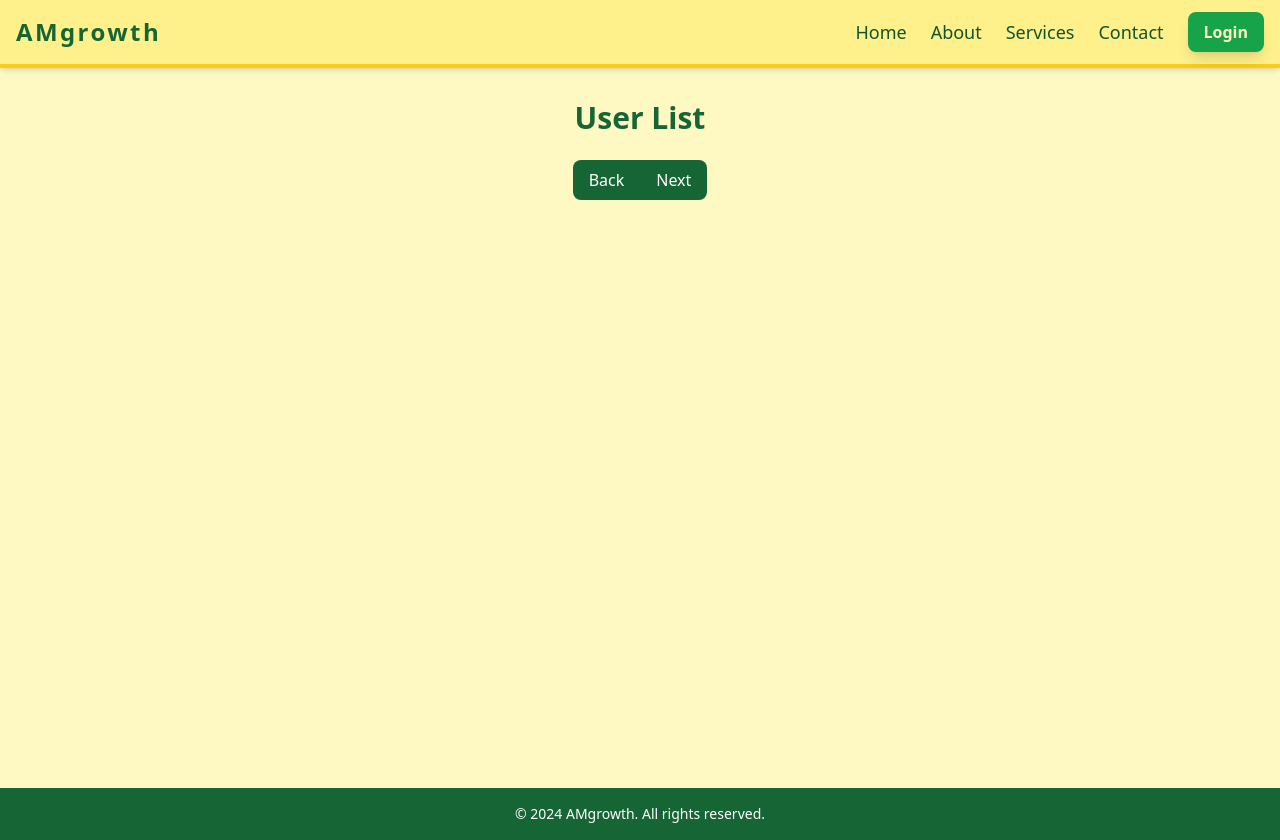
Repository: ArievfRahman-Dev/Mini-Project-II
Page: / (app in miniproject2/)
These files come from the project's save history. The page is drawn as it stood at one moment and after the next save; the edit follows.
The browser window is 1280 px wide. The pictures show the whole page.
The page's requests for data from a server got no answer. The project was rebuilt for these pictures with package versions that can differ from the ones it lists, and the page was loaded fresh each time. No one was signed in, and anything a server would have sent is missing. Also part of the build but not shown: miniproject2/vite.config.js, miniproject2/src/pages/DetailUser/index.jsx, miniproject2/src/pages/LoginPage/index.jsx, miniproject2/src/pages/RegisterPages/index.jsx, miniproject2/src/routes/ProtectedRoute.jsx.

Above is the page before, as saved 2024-12-16 23:12:08.

### miniproject2/index.html
<!DOCTYPE html>
<html lang="en">
  <head>
    <meta charset="UTF-8" />
    <link rel="icon" type="image/svg+xml" href="/vite.svg" />
    <meta name="viewport" content="width=device-width, initial-scale=1.0" />
    <title>Vite + React</title>
    <link
      href="https://fonts.googleapis.com/css2?family=Roboto:wght@400;500;700&display=swap"
      rel="stylesheet"
    />
    <link
      href="https://cdn.jsdelivr.net/npm/remixicon/fonts/remixicon.css"
      rel="stylesheet"
    />
  </head>
  <body>
    <div id="root"></div>
    <script type="module" src="/src/main.jsx"></script>
  </body>
</html>

### miniproject2/src/App.jsx
import { BrowserRouter, Routes, Route } from "react-router-dom";
import { HomePage } from "./pages/HomePage";
import { DetailUser } from "./pages/DetailUser";
import { LoginPage } from "./pages/LoginPage";
import { RegisterPage } from "./pages/RegisterPages";
import { ProtectedRoute } from "./routes/ProtectedRoute";

export const App = () => {
  return (
    <div>
      <BrowserRouter>
        <Routes>
          <Route path="/" element={<HomePage />} />
          <Route
            path="/detail/:id"
            element={
              <ProtectedRoute>
                <DetailUser />
              </ProtectedRoute>
            }
          />
          <Route path="/login" element={<LoginPage />} />
          <Route path="/regist" element={<RegisterPage />} />
        </Routes>
      </BrowserRouter>
    </div>
  );
};

### miniproject2/src/pages/HomePage/index.jsx
import { Navbar } from "../../components/Navbar";
import { Footer } from "../../components/Footer";
import { useState, useEffect } from "react";
import axios from "axios";
import { Link } from "react-router-dom";
export const HomePage = () => {
  const [data, setData] = useState([]);
  let [page, setPage] = useState(1);
  const [totalPages, setTotalPages] = useState(1);

  const getData = async () => {
    try {
      const res = await axios.get(`https://reqres.in/api/users?page=${page}`);
      console.log(res.data.data);
      setData(res.data.data);
      setTotalPages(res.data.total_pages);
    } catch (error) {
      console.log(error);
    }
  };
  const handleNext = () => {
    setPage((page += 1));
  };
  const handleBack = () => {
    setPage(page - +1);
  };
  useEffect(() => {
    getData();
  }, [page]);

  return (
    <div>
      <Navbar />

      <div className="bg-yellow-100 min-h-screen py-8">
        <div className="container mx-auto px-4">
          <h1 className="text-3xl font-bold text-green-800 retro-font mb-6 text-center">
            User List
          </h1>
          <div className="flex justify-center mb-4">
            <button
              onClick={handleBack}
              disabled={page === 1}
              className="px-4 py-2 bg-green-600 disabled:bg-green-800 text-white rounded-l-lg hover:bg-green-700"
            >
              Back
            </button>
            <button
              onClick={handleNext}
              disabled={page === totalPages}
              className="px-4 py-2 bg-green-600 disabled:bg-green-800 text-white rounded-r-lg hover:bg-green-700"
            >
              Next
            </button>
          </div>
          <div className="grid grid-cols-1 sm:grid-cols-2 md:grid-cols-3 gap-6">
            {data.map((user) => (
              <div
                key={user.id}
                className="bg-yellow-200 border-2 border-yellow-400 shadow-lg rounded-lg p-4 flex flex-col items-center text-center"
              >
                <img
                  src={user.avatar}
                  alt="User Avatar"
                  className="w-24 h-24 rounded-full border-4 border-green-800 mb-4"
                />
                <p className="text-lg font-bold text-green-900 retro-font">
                  {user.first_name} {user.last_name}
                </p>
                <p className="text-green-800">{user.email}</p>
                <Link to={`/detail/${user.id}`}>
                  <button className=" mt-2 px-4 py-1 font-semibold  text-yellow-100 transition-colors bg-green-600 rounded-lg hover:bg-green-800 retro-font shadow-lg">
                    Detail User
                  </button>
                </Link>
              </div>
            ))}
          </div>
        </div>
      </div>
      <Footer />
    </div>
  );
};

### miniproject2/src/components/Navbar/index.jsx
import { Link, useNavigate } from "react-router-dom";
import { useState } from "react";

export const Navbar = () => {
  const navigate = useNavigate();
  const token = localStorage.getItem("access_token");
  const [isMenuOpen, setIsMenuOpen] = useState(false);

  const handleLogout = () => {
    localStorage.clear();
    setTimeout(() => navigate("/login"), 1000);
  };

  const toggleMenu = () => setIsMenuOpen((prevState) => !prevState);

  return (
    <nav className="sticky top-0 z-50 bg-yellow-200 border-b-4 border-yellow-400 shadow-md">
      <div className="container mx-auto px-4 py-3 flex justify-between items-center">
        <Link
          to="/"
          className="text-2xl font-bold text-green-800 retro-font tracking-widest"
        >
          AMgrowth
        </Link>

        {/* Menu for Mobile and Desktop */}
        <div
          className={`flex flex-col md:flex-row items-center ${
            isMenuOpen ? "block" : "hidden"
          } md:flex md:space-x-6`}
        >
          <Link
            to="/"
            className="text-green-900 hover:text-yellow-700 font-medium text-lg py-2 md:py-0"
          >
            Home
          </Link>
          <Link
            to="/"
            className="text-green-900 hover:text-yellow-700 font-medium text-lg py-2 md:py-0"
          >
            About
          </Link>
          <Link
            to="/"
            className="text-green-900 hover:text-yellow-700 font-medium text-lg py-2 md:py-0"
          >
            Services
          </Link>
          <Link
            to="/"
            className="text-green-900 hover:text-yellow-700 font-medium text-lg py-2 md:py-0"
          >
            Contact
          </Link>
          {token ? (
            <button
              className="px-4 py-2 font-semibold text-yellow-100 bg-gray-500 rounded-lg hover:bg-gray-600 retro-font shadow-lg mt-2 md:mt-0"
              onClick={handleLogout}
            >
              Logout
            </button>
          ) : (
            <Link
              to="/login"
              className="px-4 py-2 font-semibold text-yellow-100 bg-green-600 rounded-lg hover:bg-green-800 retro-font shadow-lg mt-2 md:mt-0"
            >
              Login
            </Link>
          )}
        </div>

        {/* Hamburger Icon */}
        <div className="md:hidden" onClick={toggleMenu}>
          <i className={isMenuOpen ? "ri-close-line" : "ri-menu-line"}></i>
        </div>
      </div>
    </nav>
  );
};

### miniproject2/src/components/Footer/index.jsx
export const Footer = () => {
  return (
    <div className="bg-green-800 text-white py-4">
      <div className="container mx-auto text-center">
        <p className="text-sm">
          &copy; {new Date().getFullYear()} AMgrowth. All rights reserved.
        </p>
      </div>
    </div>
  );
};

Loaded but not shown: miniproject2/src/main.jsx (common file); miniproject2/src/index.css (common file); miniproject2/tailwind.config.js (common file)

After the next save:
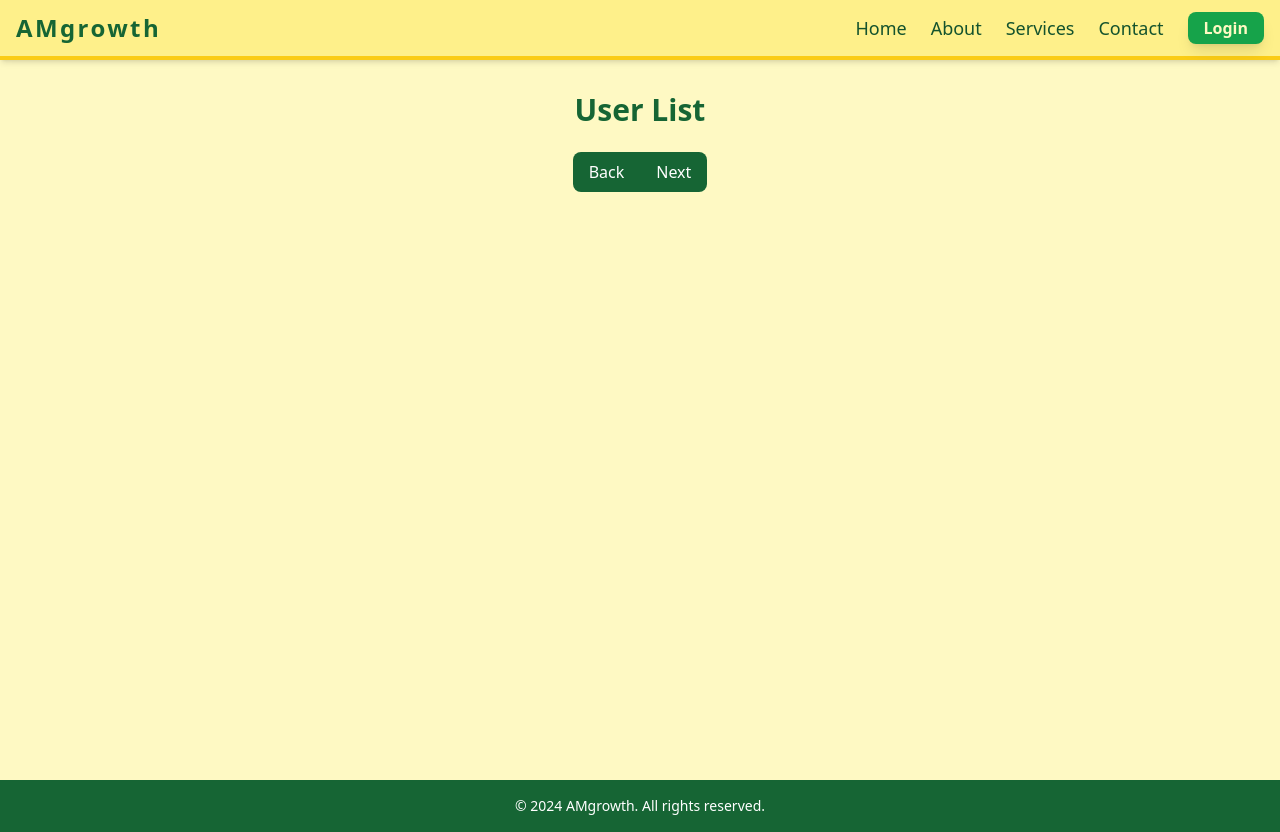
Saved 80 s later.
--- a/miniproject2/src/components/Navbar/index.jsx
+++ b/miniproject2/src/components/Navbar/index.jsx
@@ -25,37 +25,37 @@ export const Navbar = () => {
 
         {/* Menu for Mobile and Desktop */}
         <div
-          className={`flex flex-col md:flex-row items-center ${
+          className={`flex items-center ${
             isMenuOpen ? "block" : "hidden"
           } md:flex md:space-x-6`}
         >
           <Link
             to="/"
-            className="text-green-900 hover:text-yellow-700 font-medium text-lg py-2 md:py-0"
+            className="text-green-900 hover:text-yellow-700 font-medium text-lg"
           >
             Home
           </Link>
           <Link
             to="/"
-            className="text-green-900 hover:text-yellow-700 font-medium text-lg py-2 md:py-0"
+            className="text-green-900 hover:text-yellow-700 font-medium text-lg"
           >
             About
           </Link>
           <Link
             to="/"
-            className="text-green-900 hover:text-yellow-700 font-medium text-lg py-2 md:py-0"
+            className="text-green-900 hover:text-yellow-700 font-medium text-lg"
           >
             Services
           </Link>
           <Link
             to="/"
-            className="text-green-900 hover:text-yellow-700 font-medium text-lg py-2 md:py-0"
+            className="text-green-900 hover:text-yellow-700 font-medium text-lg"
           >
             Contact
           </Link>
           {token ? (
             <button
-              className="px-4 py-2 font-semibold text-yellow-100 bg-gray-500 rounded-lg hover:bg-gray-600 retro-font shadow-lg mt-2 md:mt-0"
+              className="px-4 py-1 font-semibold text-yellow-100 bg-gray-500 rounded-lg hover:bg-gray-600 retro-font shadow-lg"
               onClick={handleLogout}
             >
               Logout
@@ -63,7 +63,7 @@ export const Navbar = () => {
           ) : (
             <Link
               to="/login"
-              className="px-4 py-2 font-semibold text-yellow-100 bg-green-600 rounded-lg hover:bg-green-800 retro-font shadow-lg mt-2 md:mt-0"
+              className="px-4 py-1 font-semibold text-yellow-100 bg-green-600 rounded-lg hover:bg-green-800 retro-font shadow-lg"
             >
               Login
             </Link>
